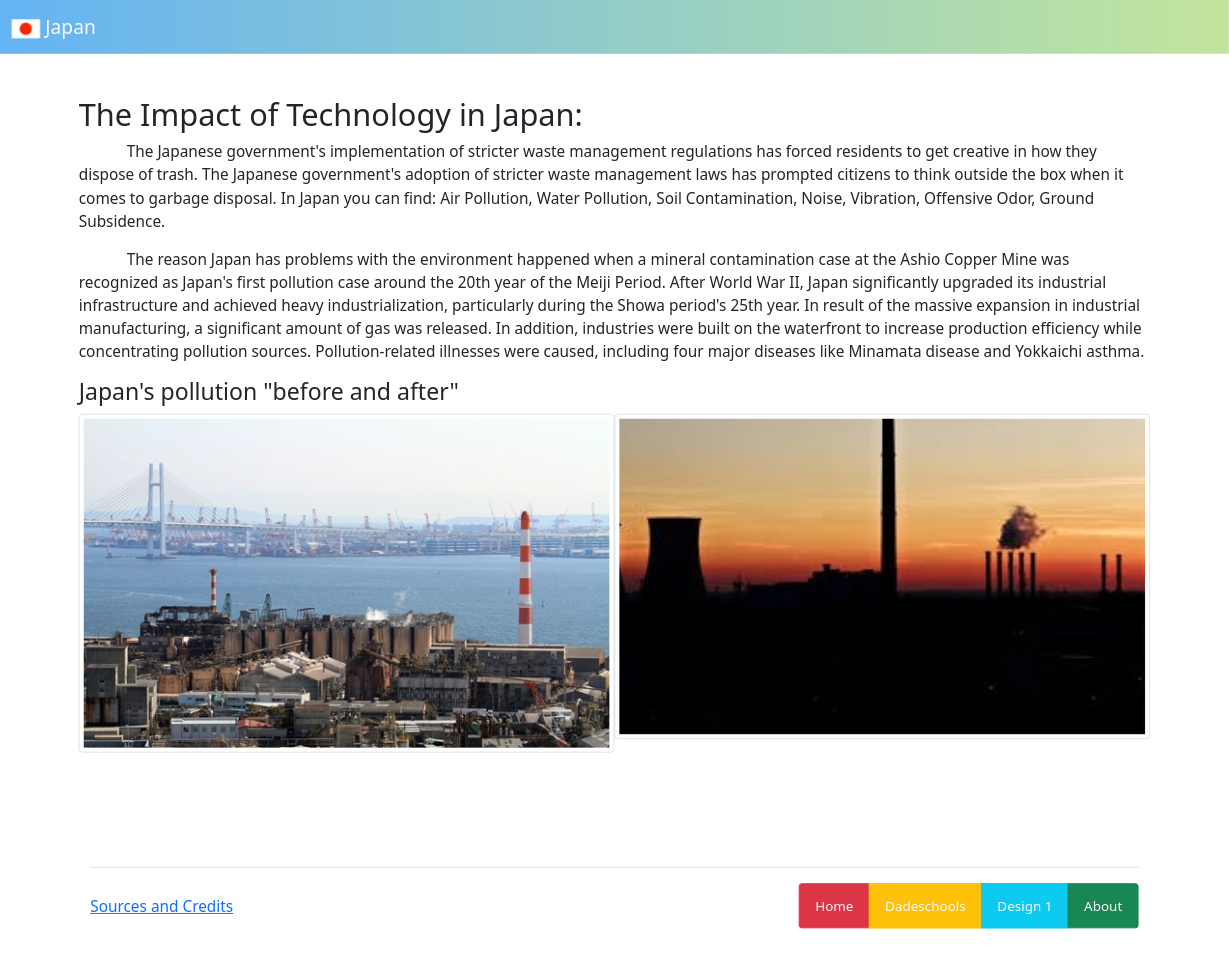
Repository: mrchilliballs/mrchilliballs.github.io
Page: untitled-2.html
An editor plug-in stored every save of this project. The page is shown before and after the next save, followed by the edit.
The browser window is 1280 px wide. The pictures show the whole page, at 96% of full size.

Above is the page before, as saved 2021-09-02 19:07:29.

### untitled-2.html
<!DOCTYPE html>
<html lang="en">
<head>
    <meta charset="UTF-8">
    <meta http-equiv="X-UA-Compatible" content="IE=edge">
    <!-- CSS only -->
<link href="https://cdn.jsdelivr.net/npm/bootstrap@5.1.0/dist/css/bootstrap.min.css" rel="stylesheet" integrity="sha384-KyZXEAg3QhqLMpG8r+8fhAXLRk2vvoC2f3B09zVXn8CA5QIVfZOJ3BCsw2P0p/We" crossorigin="anonymous">
    <meta name="viewport" content="width=device-width, initial-scale=1.0">
    <title>Document</title>
    <style>
@keyframes AnimationName {
    0%{background-position:0% 50%}
    50%{background-position:100% 50%}
    100%{background-position:0% 50%}
}
#navabr {
    animation: AnimationName 1s ease infinite !important;
    background: #c2e59c;  /* fallback for old browsers */
    background: -webkit-linear-gradient(to right, #64b3f4, #c2e59c);  /* Chrome 10-25, Safari 5.1-6 */
    background: linear-gradient(to right, #64b3f4, #c2e59c); /* W3C, IE 10+/ Edge, Firefox 16+, Chrome 26+, Opera 12+, Safari 7+ */
}
    </style>
</head>
<body>
    <nav class="navbar navbar-light bg-light fixed-top" id="navabr">
        <div class="container-fluid">
          <a class="navbar-brand" href="#">
            <img src="japan.gif" alt="" width="30" height="20 class="d-inline-block align-text-top">
            <span class="text-light">Japan</span>
          </a>
        </div>
      </nav>
    <main class="container">
<h2 style="margin-top: 100px;">The Impact of Technology in Japan:</h2>
	<p style="text-indent: 50px;">The Japanese government's implementation of stricter waste management regulations has forced residents to get creative in how they dispose of trash. The Japanese government's adoption of stricter waste management laws has prompted citizens to think outside the box when it comes to garbage disposal. In Japan you can find: Air Pollution, Water Pollution, Soil Contamination, Noise, Vibration, Offensive Odor, Ground Subsidence.
	<br></p><p style="text-indent: 50px;">The reason Japan has problems with the environment happened when a mineral contamination case at the Ashio Copper Mine was recognized as Japan's first pollution case around the 20th year of the Meiji Period. After World War II, Japan significantly upgraded its industrial infrastructure and achieved heavy industrialization, particularly during the Showa period's 25th year. In result of the massive expansion in industrial manufacturing, a significant amount of gas was released. In addition, industries were built on the waterfront to increase production efficiency while concentrating pollution sources. Pollution-related illnesses were caused, including four major diseases like Minamata disease and Yokkaichi asthma.
    </p>
    <h4>Japan's pollution "before and after"</h4>
    <img src="Picture1.jpg" class="rounded img-thumbnail img-fluid float-start" alt="..." height="50%" width="50%">
    <img src="Picture2.jpg" class="rounded img-thumbnail img-fluid float-end" alt="..." height="50%" width="50%">
    <div style="margin-bottom: 30rem;"></div>
        <div class="container">
            <footer class="d-flex flex-wrap justify-content-between align-items-center py-3 my-4 border-top" style="">
              <div class="dropdown">
                <a class="" href="#" role="button" id="dropdownMenuLink" data-bs-toggle="dropdown" aria-expanded="false">
                  Sources and Credits
                </a>

                <ul class="dropdown-menu" aria-labelledby="dropdownMenuLink">
                  <li><a class="dropdown-item" href="https://www.world-weather-travellers-guide.com/air-pollution-in-japan.htm">Source 1</a></li>
                  <li><a class="dropdown-item" href="https://www.nytimes.com/1964/12/26/archives/tokyo-troubled-by-air-pollution-emphasis-in-smog-control-is-still.html">Source 2</a></li>
                  <li><a class="dropdown-item" href="https://creativecommons.org/licenses/by-nc/2.0/s">Source 3</a></li>
                  <li><a class="dropdown-item" href="https://encyclopedia.1914-1918 online.net/article/science_and_technology_japan ">Source 4</a></li>
                  <li><a class="dropdown-item" href="https://en.wikipedia.org/wiki/Tokyo">Source 5</a></li>
                  <li><a class="dropdown-item" href="https://en.wikipedia.org/wiki/Meiji_Restoration ">Source 6</a></li>
                </ul>
              </div>
              <a href="/" class="col-md-4 d-flex align-items-center justify-content-center mb-3 mb-md-0 me-md-auto link-dark text-decoration-none">
                <svg class="bi me-2" width="40" height="32"><use xlink:href="#bootstrap"></use></svg>
              </a>

              <ul class="nav col-md-4 justify-content-end">
                <div class="btn-group" role="group" aria-label="Basic mixed styles example">
                    <button type="button" class="btn btn-danger btn-sm"><li class="nav-item"><a href="#" class="nav-link px-2 text-light">Home</a></li></button>
                    <button type="button" class="btn btn-warning btn-sm"><li class="nav-item"><a href="https://www3.dadeschools.net" class="nav-link px-2 text-light">Dadeschools</a></li></button>
                    <button type="button" class="btn btn-info btn-sm"><li class="nav-item"><a href="index.html" class="nav-link px-2 text-light">Design 1</a></li></button>
                    <button type="button" class="btn btn-success btn-sm"><li class="nav-item"><a class="nav-link px-2 text-light" href="#" role="button" id="dropdownMenuLink" data-bs-toggle="dropdown" aria-expanded="false">About</a><ul class="dropdown-menu" aria-labelledby="dropdownMenuLink1">
                      <li class="dropdown-item">We made this website using the program language "HTML". It took us a lot of work and we hope we get a good grade on this because we did our best on this website.</li>
                    </ul></li>
                    </button>
                  </div>
              </ul>
            </footer>
          </div>
          <!-- JavaScript Bundle with Popper -->
<script src="https://cdn.jsdelivr.net/npm/bootstrap@5.1.0/dist/js/bootstrap.bundle.min.js" integrity="sha384-U1DAWAznBHeqEIlVSCgzq+c9gqGAJn5c/t99JyeKa9xxaYpSvHU5awsuZVVFIhvj" crossorigin="anonymous"></script>
    </main>
</body>
</html>

After the next save:
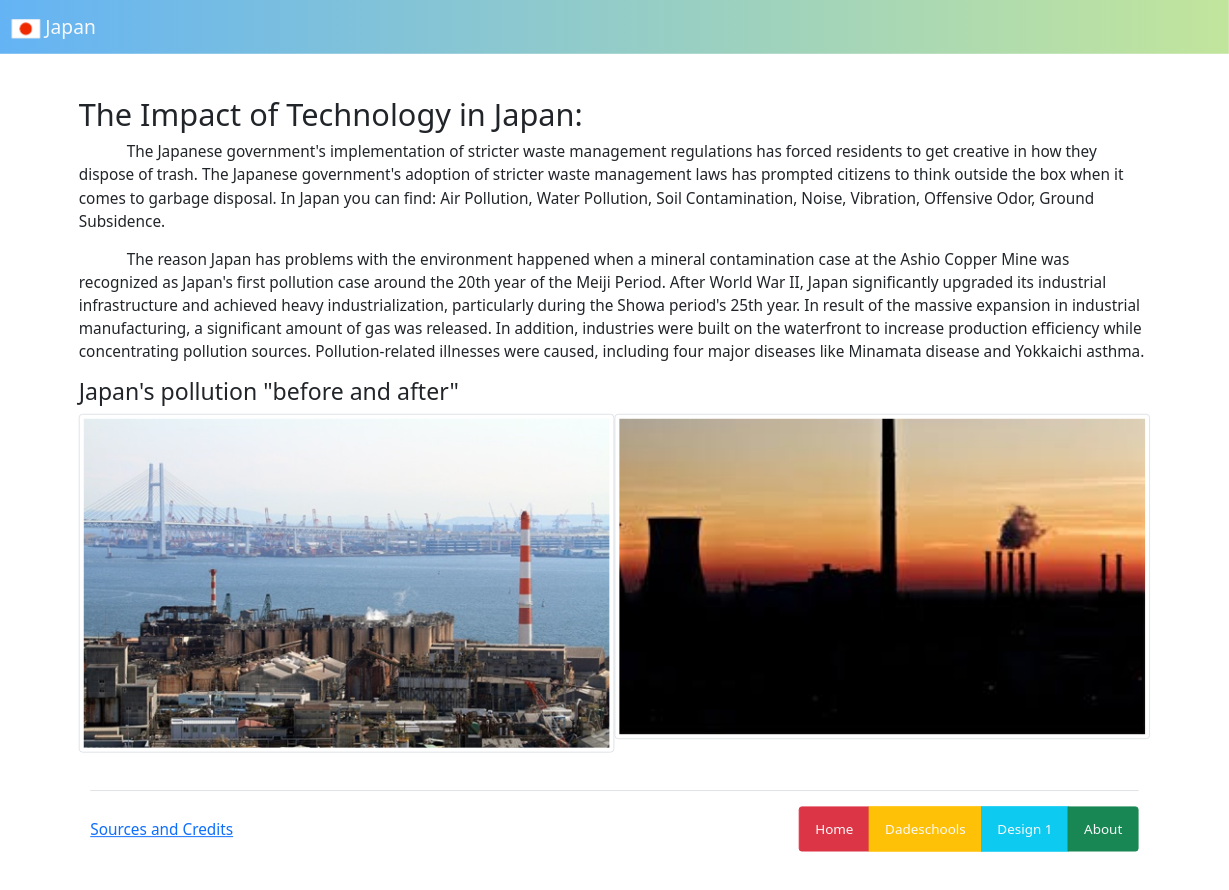
Saved 7 s later.
--- a/untitled-2.html
+++ b/untitled-2.html
@@ -38,7 +38,7 @@
     <h4>Japan's pollution "before and after"</h4>
     <img src="Picture1.jpg" class="rounded img-thumbnail img-fluid float-start" alt="..." height="50%" width="50%">
     <img src="Picture2.jpg" class="rounded img-thumbnail img-fluid float-end" alt="..." height="50%" width="50%">
-    <div style="margin-bottom: 30rem;"></div>
+    <div style="margin-bottom: 25rem;"></div>
         <div class="container">
             <footer class="d-flex flex-wrap justify-content-between align-items-center py-3 my-4 border-top" style="">
               <div class="dropdown">
